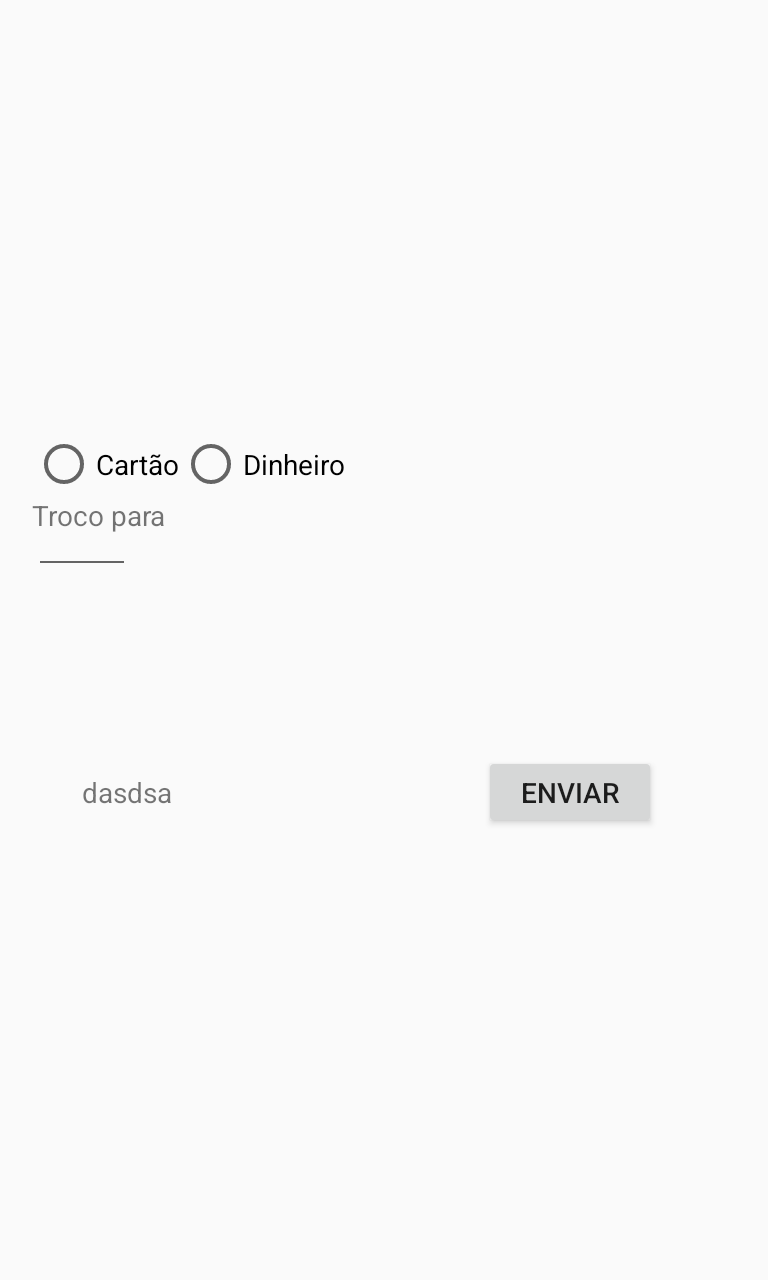
Repository: anzileiro/iot-mobilecup
Layout: iCinema/res/layout/activity_pedido.xml
The author's editor kept a copy of each file at every save. The layout is drawn from the files as they stood at one save, then again after the next save.
It is drawn on a 768 x 1280 px phone screen (xhdpi) without system bars, with theme AppTheme; the app's code is not run. Lists and similar views that code fills are empty.

Above is the layout before, as saved 2014-10-30 05:25:44.

### iCinema/res/layout/activity_pedido.xml
<RelativeLayout xmlns:android="http://schemas.android.com/apk/res/android"
    xmlns:tools="http://schemas.android.com/tools"
    android:layout_width="match_parent"
    android:layout_height="match_parent"
    android:paddingBottom="@dimen/activity_vertical_margin"
    android:paddingLeft="@dimen/activity_horizontal_margin"
    android:paddingRight="@dimen/activity_horizontal_margin"
    android:paddingTop="@dimen/activity_vertical_margin"
    tools:context=".PedidoActivity" >

    <RelativeLayout android:layout_width="match_parent"
        android:layout_height="200dp"
        android:id="@+id/lstProduto">
    	<ListView
        android:id="@id/android:list"
        android:layout_width="match_parent"
        android:layout_height="match_parent" />
    </RelativeLayout>


    <LinearLayout android:layout_width="match_parent"
        android:layout_height="200dp"
        android:layout_below="@id/lstProduto"
        android:orientation="vertical"
        android:layout_weight="0.3">
    	<LinearLayout android:layout_width="match_parent"
    	    android:layout_height="0dp"
    	    android:layout_weight="0.8"
    	    android:orientation="vertical">
       	    <RadioGroup android:orientation="horizontal"
       	        android:id="@+id/rgrFormaPagamento"
       	        android:layout_width="wrap_content"
       	        android:layout_height="wrap_content">
       	        <RadioButton android:layout_width="wrap_content"
       	            android:layout_height="wrap_content"
       	            android:text="Cartão"
       	            android:id="@+id/rbuCartao"/>

       	        <RadioButton android:layout_width="wrap_content"
       	            android:layout_height="wrap_content"
       	            android:text="Dinheiro"
       	            android:id="@+id/rbuDinheiro"/>
       	    </RadioGroup>

       	    <RelativeLayout
       	        android:id="@+id/layTrocoPara"
       	        android:layout_width="match_parent"
       	        android:layout_height="wrap_content"
       	        android:layout_weight="0.2"
       	        android:orientation="horizontal" >

       	        <TextView
       	            android:layout_width="wrap_content"
       	            android:layout_height="wrap_content"
       	            android:text="Troco para" />

       	        <EditText android:layout_width="50dp"
       	            android:layout_height="wrap_content"
       	            android:inputType="number"
       	            android:id="@+id/eteTrocoPara"/>
       	    </RelativeLayout>
    	</LinearLayout>

    	<RelativeLayout
    	    android:layout_width="match_parent"
    	    android:layout_height="0dp"
    	    android:layout_weight="0.2" >

    	    <TextView
    	        android:id="@+id/txtTotal"
    	        android:layout_width="wrap_content"
    	        android:layout_height="wrap_content"
    	        android:layout_alignParentLeft="true"
    	        android:layout_centerVertical="true"
    	        android:layout_marginLeft="25dp"
    	        android:gravity="bottom|left"
    	        android:text="dasdsa" />

    	    <Button
    	        android:id="@+id/button1"
    	        android:layout_width="wrap_content"
    	        android:layout_height="wrap_content"
    	        android:layout_alignParentBottom="true"
    	        android:layout_alignParentRight="true"
    	        android:layout_marginRight="39dp"
    	        android:onClick="enviar"
    	        android:text="Enviar" />

    	</RelativeLayout>

    </LinearLayout>
</RelativeLayout>

Loaded but not shown: iCinema/res/values/styles.xml (common file); iCinema/res/values-v11/styles.xml (common file); iCinema/res/values-v14/styles.xml (common file); iCinema/res/values/dimens.xml (common file); iCinema/res/values-w820dp/dimens.xml (common file)

After the next save:
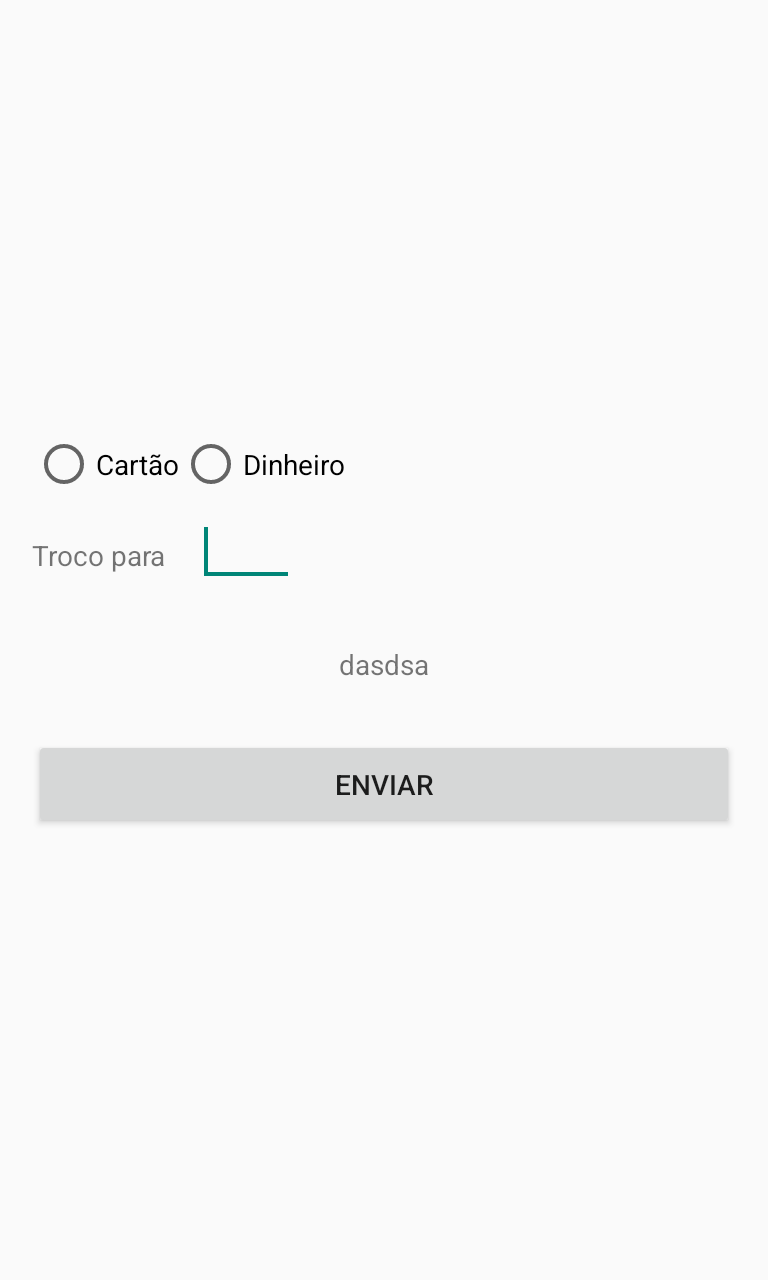
Saved 2 min 32 s later.
--- a/iCinema/res/layout/activity_pedido.xml
+++ b/iCinema/res/layout/activity_pedido.xml
@@ -46,47 +46,54 @@
        	        android:id="@+id/layTrocoPara"
        	        android:layout_width="match_parent"
        	        android:layout_height="wrap_content"
-       	        android:layout_weight="0.2"
+       	        android:layout_weight="0.03"
        	        android:orientation="horizontal" >
 
-       	        <TextView
+       	        <Button
+       	            android:id="@+id/button1"
        	            android:layout_width="wrap_content"
        	            android:layout_height="wrap_content"
+       	            android:layout_alignParentBottom="true"
+       	            android:layout_alignParentLeft="true"
+       	            android:layout_alignParentRight="true"
+       	            android:onClick="enviar"
+       	            android:text="Enviar" />
+
+       	        <TextView
+       	            android:id="@+id/textView1"
+       	            android:layout_width="wrap_content"
+       	            android:layout_height="wrap_content"
+       	            android:layout_alignParentLeft="true"
+       	            android:layout_alignParentTop="true"
+       	            android:layout_marginTop="20dp"
        	            android:text="Troco para" />
 
-       	        <EditText android:layout_width="50dp"
+       	        <EditText
+       	            android:id="@+id/eteTrocoPara"
+       	            android:layout_width="50dp"
        	            android:layout_height="wrap_content"
-       	            android:inputType="number"
-       	            android:id="@+id/eteTrocoPara"/>
+       	            android:layout_alignBaseline="@+id/textView1"
+       	            android:layout_alignBottom="@+id/textView1"
+       	            android:layout_marginLeft="15dp"
+       	            android:layout_toRightOf="@+id/textView1"
+       	            android:ems="10"
+       	            android:inputType="number" >
+
+       	            <requestFocus />
+       	        </EditText>
+
+       	        <TextView
+       	            android:id="@+id/txtTotal"
+       	            android:layout_width="wrap_content"
+       	            android:layout_height="wrap_content"
+       	            android:layout_centerHorizontal="true"
+       	            android:layout_centerVertical="true"
+       	            android:gravity="bottom|left"
+       	            android:text="dasdsa" />
+
        	    </RelativeLayout>
+
     	</LinearLayout>
-
-    	<RelativeLayout
-    	    android:layout_width="match_parent"
-    	    android:layout_height="0dp"
-    	    android:layout_weight="0.2" >
-
-    	    <TextView
-    	        android:id="@+id/txtTotal"
-    	        android:layout_width="wrap_content"
-    	        android:layout_height="wrap_content"
-    	        android:layout_alignParentLeft="true"
-    	        android:layout_centerVertical="true"
-    	        android:layout_marginLeft="25dp"
-    	        android:gravity="bottom|left"
-    	        android:text="dasdsa" />
-
-    	    <Button
-    	        android:id="@+id/button1"
-    	        android:layout_width="wrap_content"
-    	        android:layout_height="wrap_content"
-    	        android:layout_alignParentBottom="true"
-    	        android:layout_alignParentRight="true"
-    	        android:layout_marginRight="39dp"
-    	        android:onClick="enviar"
-    	        android:text="Enviar" />
-
-    	</RelativeLayout>
 
     </LinearLayout>
 </RelativeLayout>
